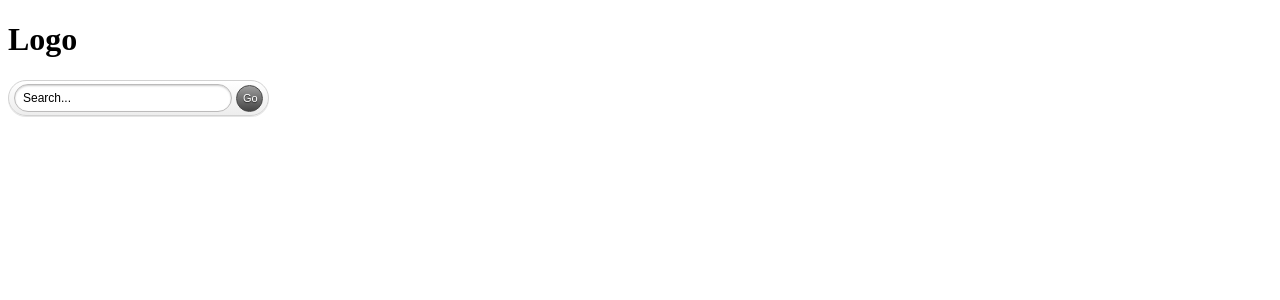
Repository: ms391/cs633grp2
Page: http://localhost/SearchEngine/
An editor plug-in stored every save of this project. The page is shown before and after the next save, followed by the edit.
The browser window is 1280 px wide. The pictures show the whole page.
The page is served by Tomcat 9.

Above is the page before, as saved 2011-05-14 21:40:53.

After the next save:
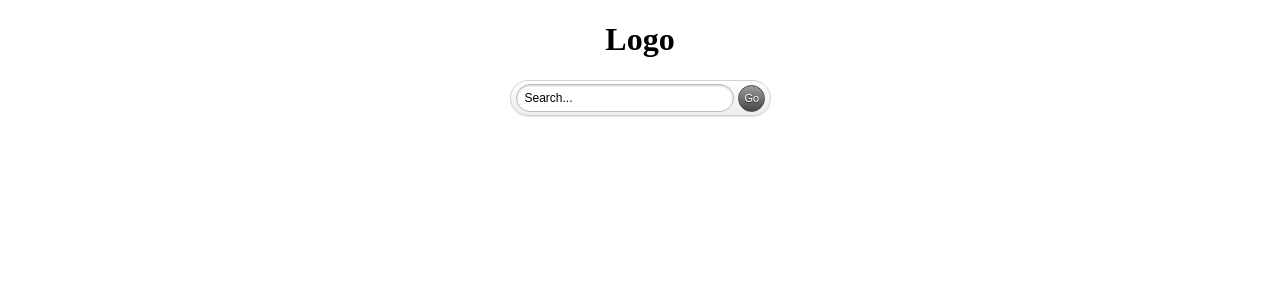
Saved 100 s later.
--- a/SearchEngine/WebContent/index.jsp
+++ b/SearchEngine/WebContent/index.jsp
@@ -9,8 +9,10 @@
 <title>Welcome to search</title>
 </head>
 <body>
+<center>
 <%@ include file="header.inc" %>
 <% if (request.getParameter("search") != null) { %>
+<br />
 <hr />
 <section style="text-align=center;">
 	<h1>Search results for "<%= request.getParameter("search") %>"</h1>
@@ -24,5 +26,6 @@
 	%>
 </section>
 <% } %>
+</center>
 </body>
 </html>
